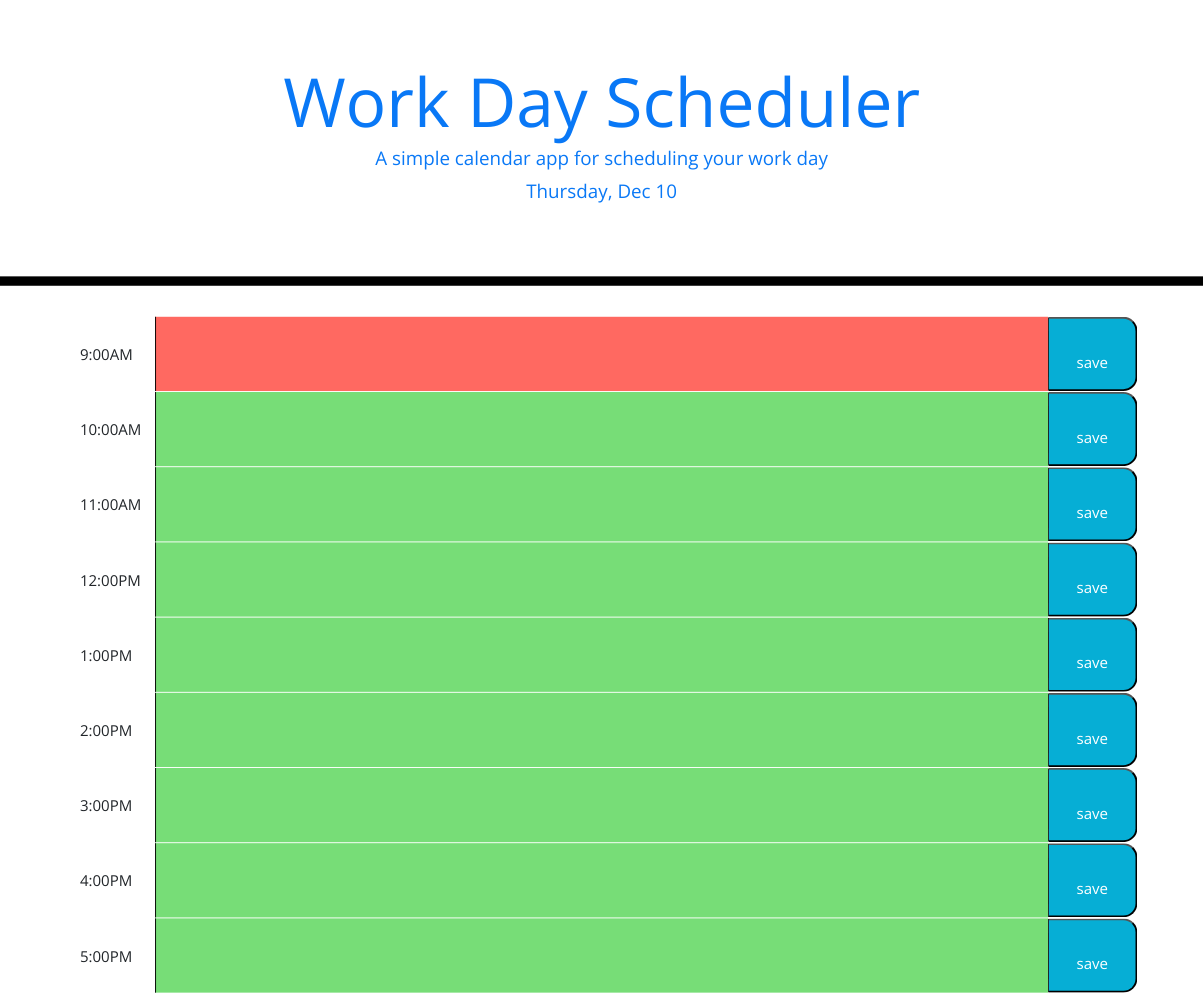
Repository: Mf948/DailyPlannerJS
Page: Develop/index.html
These files come from the project's save history. The page is drawn as it stood at one moment and after a run of saves; the edit follows.
The browser window is 1280 px wide. The pictures show the whole page, at 94% of full size.
Some web libraries are served in a nearby version.

Above is the page before, as saved 2020-12-10 22:46:36.

After the next 2 saves:
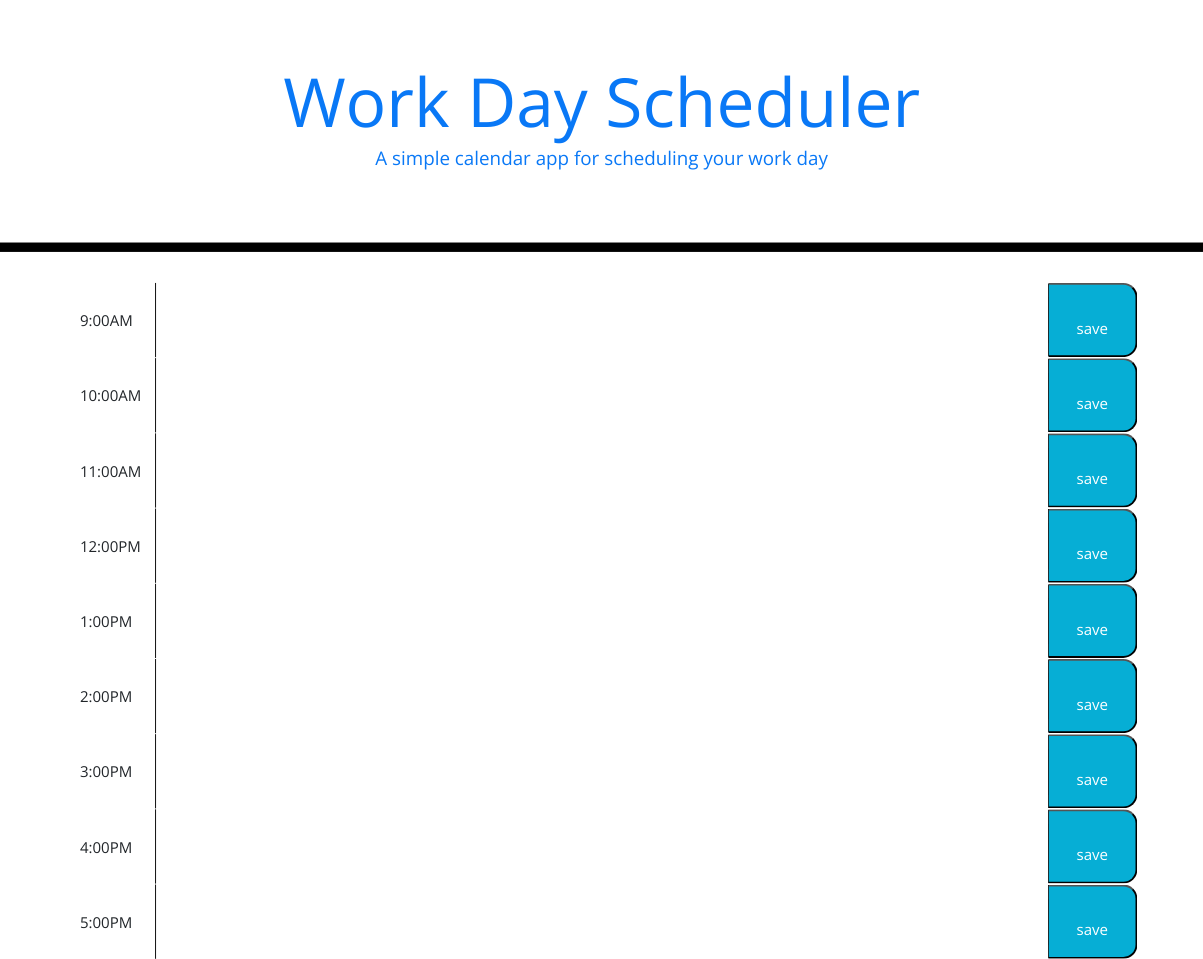
Console error: SyntaxError: missing ) after argument list
The 2 saves are shown as one change because they came seconds apart.
The last was saved 10 s later.
--- a/Develop/script.js
+++ b/Develop/script.js
@@ -29,7 +29,7 @@
 
     //local storage list to button event - save to text area value along with the id into local storage
   $(".saveBtn").click(function(){
-    localStorage.setItem($(this).prev().val());
+    localStorage.setItem($(this).prev().attr;
 
 console.log()
  });
